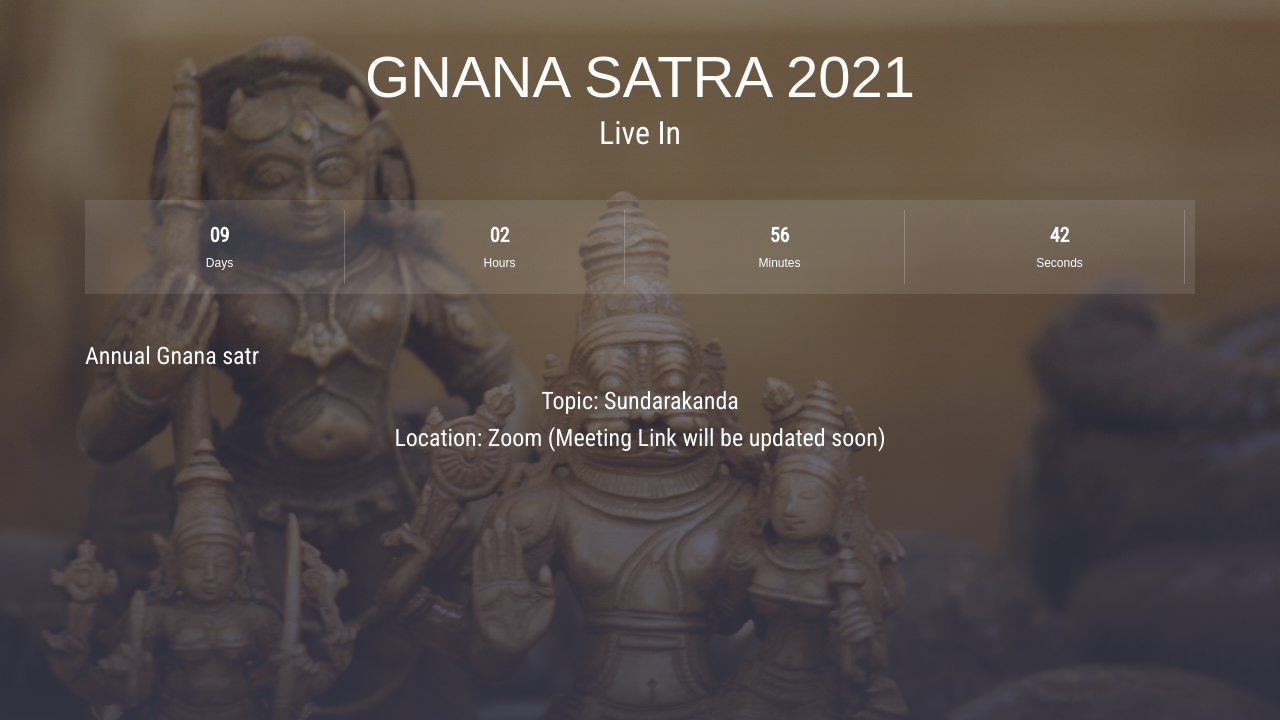
Repository: anirudhbichal/gs
Page: /
An editor plug-in stored every save of this project. The page is shown before and after the next save, followed by the edit.
The browser window is 1280 px wide. The pictures show the whole page.
Some web fonts or font styles are not loaded; a fallback is used. The project was rebuilt for these pictures with package versions that can differ from the ones it lists, and the page was loaded fresh each time.

Above is the page before, as saved 2021-05-17 18:25:44.

### public/index.html
<!DOCTYPE html>
<html lang="en">
  <head>
    <meta charset="utf-8" />
    <meta name="viewport" content="width=device-width, initial-scale=1" />
    <meta name="theme-color" content="#000000" />
    <meta
      name="description"
      content="Gnana Satra website"
    />
    <link rel="apple-touch-icon" href="%PUBLIC_URL%/logo192.png" />
    <!--
      manifest.json provides metadata used when your web app is installed on a
      user's mobile device or desktop. See https://developers.google.com/web/fundamentals/web-app-manifest/
    -->
    <link rel="manifest" href="%PUBLIC_URL%/manifest.json" />
    <!--
      Notice the use of %PUBLIC_URL% in the tags above.
      It will be replaced with the URL of the `public` folder during the build.
      Only files inside the `public` folder can be referenced from the HTML.

      Unlike "/favicon.ico" or "favicon.ico", "%PUBLIC_URL%/favicon.ico" will
      work correctly both with client-side routing and a non-root public URL.
      Learn how to configure a non-root public URL by running `npm run build`.
    -->
    <title>Gnana Satra</title>
  </head>
  <body>
    <noscript>You need to enable JavaScript to run this app.</noscript>
    <div id="root"></div>
    <!--
      This HTML file is a template.
      If you open it directly in the browser, you will see an empty page.

      You can add webfonts, meta tags, or analytics to this file.
      The build step will place the bundled scripts into the <body> tag.

      To begin the development, run `npm start` or `yarn start`.
      To create a production bundle, use `npm run build` or `yarn build`.
    -->
  </body>
</html>

### src/App.js
import 'bootstrap/dist/css/bootstrap.min.css';
import './App.css';
import Container from 'react-bootstrap/Container';
import Timer from "./components/countdown/Timer";

function App() {
  return (
    <div className="App">
      <Container className="my-5">
        <h1>
          Gnana Satra 2021
        </h1>
        <h2 className="mb-5">Live In</h2>
        <Timer />
        <h4 className="mt-5 css-typing">
          Annual Gnana satra this year from 26/5/2021 to 1/6/2021 from 7 pm to 8pm by Shri PT Venkatagirish Achar
        </h4>
        <h4 className="mt-3">
          Topic: Sundarakanda
        </h4>
        <h4>
          Location: Zoom (Meeting Link will be updated soon)
        </h4>
      </Container>
    </div>
  );
}

export default App;

### src/App.css
@import url("https://fonts.googleapis.com/css?family=Roboto+Condensed&display=swap");
@import url('https://fonts.cdnfonts.com/css/samarkan');

body {
  color: #fff;
  font-family: "Roboto Condensed", sans-serif;
  background-image: url('gs-bg.jpg');
  background-position: top top;
  background-size: cover;
  margin: 0;
}

.App {
  position: fixed;
  top: 0;
  left: 0;
  right: 0;
  bottom: 0;
  text-align: center;
  background: rgb(55, 55, 70);
  background: linear-gradient(
    0deg,
    rgba(55, 55, 70, 0.9) 0%,
    rgba(55, 55, 70, 0.7) 50%,
    rgba(55, 55, 70, 0.6) 100%
  );
}

h1 {
  font-family: 'Samarkan', sans-serif;
  font-size: 58px;
  text-transform: uppercase;
  line-height: 1;
}

.css-typing {
  border-right: .15em solid white;
  width: 7.3em;
  white-space: nowrap;
  overflow: hidden;
  -webkit-animation: type 2s steps(40, end);
  animation: type 2s steps(40, end);
  -webkit-animation-fill-mode: forwards;
  animation-fill-mode: forwards;
}

@keyframes type {
  0% {
    width: 0;
  }
  99.9% {
    border-right: .15em solid white;
  }
  100% {
    border: none;
  }
}

@-webkit-keyframes type {
  0% {
    width: 0;
  }
  99.9% {
    border-right: .15em solid white;
  }
  100% {
    border: none;
  }
}

@keyframes blink {
  50% {
    border-color: transparent;
  }
}
@-webkit-keyframes blink {
  50% {
    border-color: tranparent;
  }
}

### src/components/countdown/Timer.js
import React, { Component } from "react";
// import moment from 'moment';
import Container from 'react-bootstrap/Container';
import Row from 'react-bootstrap/Row';
import Col from 'react-bootstrap/Col';
import "./Timer.css";

class CountDown extends Component {
  constructor(props) {
    super(props);
    this.count = this.count.bind(this);
    this.state = {
      days: 0,
      minutes: 0,
      hours: 0,
      secounds: 0,
      time_up: ""
    };
    this.x = null;
    this.deadline = null;
  }
  count() {
    var now = new Date().getTime();
    var t = this.deadline - now;
    var dd = Math.floor(t / (1000 * 60 * 60 * 24));
    var hh = Math.floor((t % (1000 * 60 * 60 * 24)) / (1000 * 60 * 60));
    var mm = Math.floor((t % (1000 * 60 * 60)) / (1000 * 60));
    var ss = Math.floor((t % (1000 * 60)) / 1000);

    var days = dd < 10 ? "0" + dd : dd;
    var hours = hh < 10 ? "0" + hh : hh;
    var minutes = mm < 10 ? "0" + mm : mm;
    var seconds = ss < 10 ? "0" + ss : ss;

    this.setState({ days, minutes, hours, seconds });

    if (t < 0) {
      clearInterval(this.x);
      this.setState({
        days: 0,
        minutes: 0,
        hours: 0,
        seconds: 0,
        time_up: "TIME IS UP"
      });
    }
  }
  componentDidMount() {
    this.deadline = new Date("May 26, 2021 19:00:00").getTime();

    this.x = setInterval(this.count, 1000);
  }

  render() {
    const { days, seconds, hours, minutes } = this.state;
    return (
      <Container id="countdown">
        <Row>
            <Col>
                <div className="box">
                    <p id="day">{days}</p>
                    <span className="text">Days</span>
                </div>
            </Col>
            <Col>
                <div className="box">
                    <p id="hour">{hours}</p>
                    <span className="text">Hours</span>
                </div>
            </Col>
            <Col>
                <div className="box">
                    <p id="minute">{minutes}</p>
                    <span className="text">Minutes</span>
                </div>
            </Col>
            <Col>
                <div className="box">
                    <p id="second">{seconds}</p>
                    <span className="text">Seconds</span>
                </div>
            </Col>
        </Row>
      </Container>
    );
  }
}

export default CountDown;

### src/components/countdown/Timer.css
#countdown {
    padding: 10px;
    background-color: rgba(255, 255, 255, 0.1);
    display: inline-block;
    text-align: center;
    margin: auto;
  }
  #countdown .box {
    padding: 10px;
    border-right: solid 1px rgba(255, 255, 255, 0.2);
  }
  #countdown .col-4:last-child .box {
    border-right-color: transparent;
  }
  #countdown .box p {
    font-size: 20px;
    font-weight: bold;
    margin: 0;
  }
  #countdown .box .text {
    font-size: 12px;
    font-family: sans-serif;
  }

Loaded but not shown: src/index.js (common file); src/index.css (common file); src/reportWebVitals.js (common file)

After the next save:
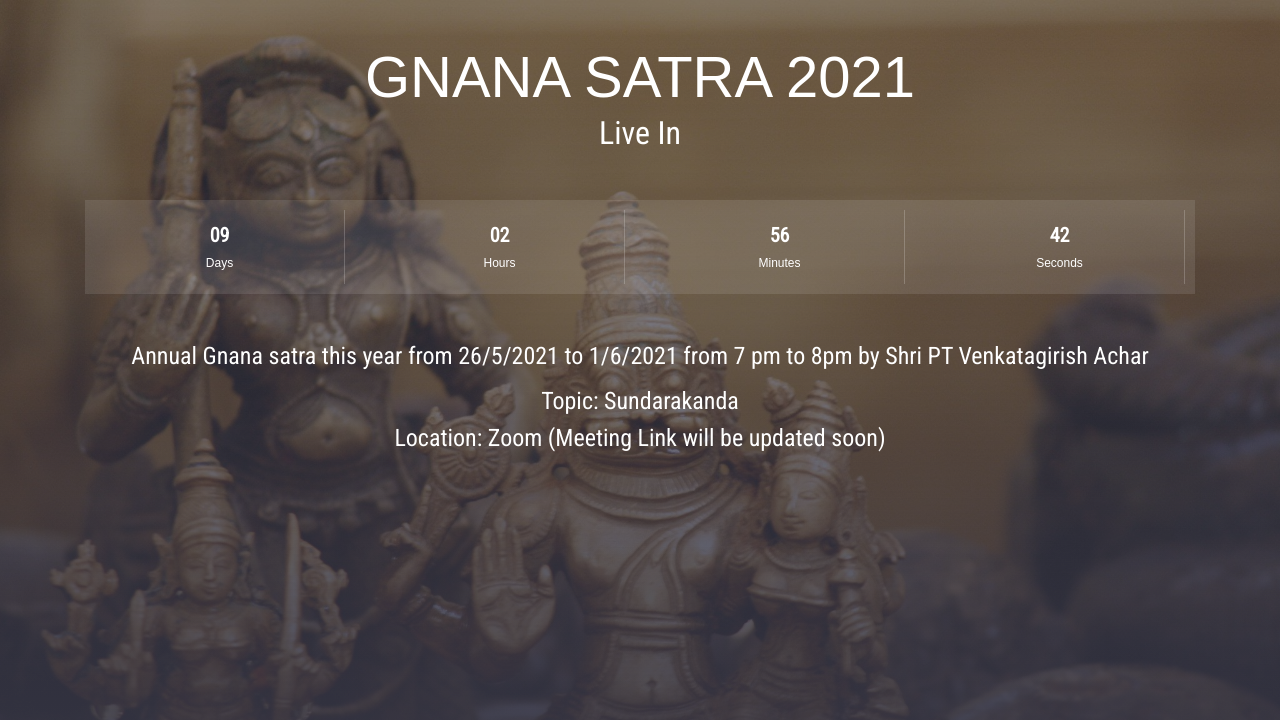
Saved 15 s later.
--- a/src/App.css
+++ b/src/App.css
@@ -35,7 +35,7 @@ h1 {
 
 .css-typing {
   border-right: .15em solid white;
-  width: 7.3em;
+  width: 100%;
   white-space: nowrap;
   overflow: hidden;
   -webkit-animation: type 2s steps(40, end);
